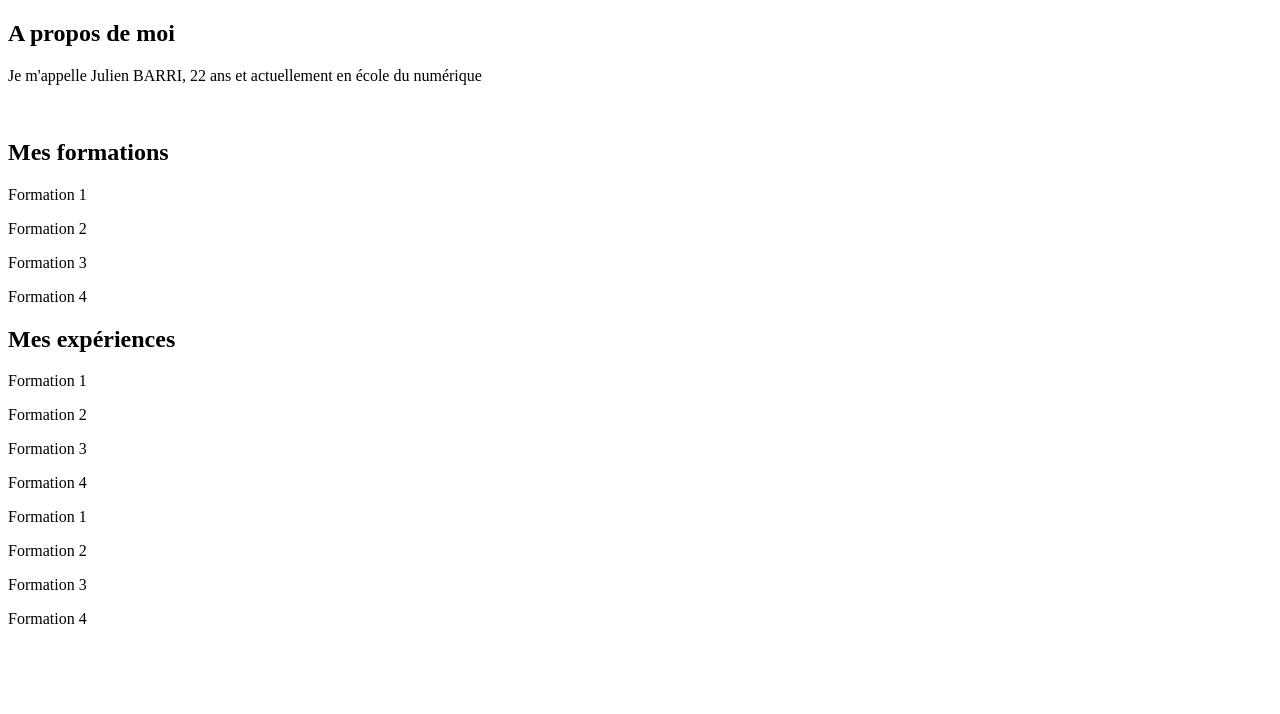
Repository: barridev/cours_devops.github.io
Page: index.html
These files come from the project's save history. The page is drawn as it stood at one moment and after the next save; the edit follows.
The browser window is 1280 px wide. The pictures show the whole page.

Above is the page before, as saved 2022-06-13 14:57:14.

After the next save:
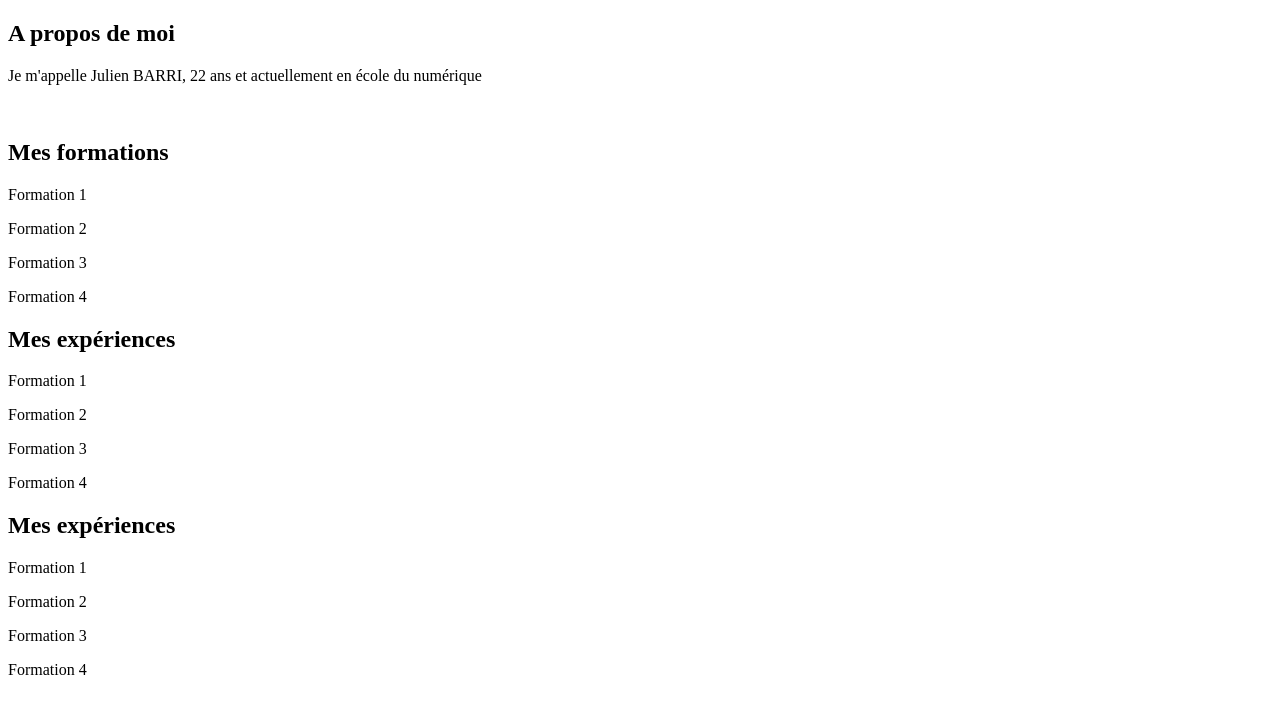
Saved 16 s later.
--- a/index.html
+++ b/index.html
@@ -31,7 +31,8 @@
         <p>Formation 4</p>
     </section>
 
-     <section>
+    <section>
+        <h2> Mes expériences </h2>
         <p>Formation 1</p>
         <p>Formation 2</p>
         <p>Formation 3</p>
